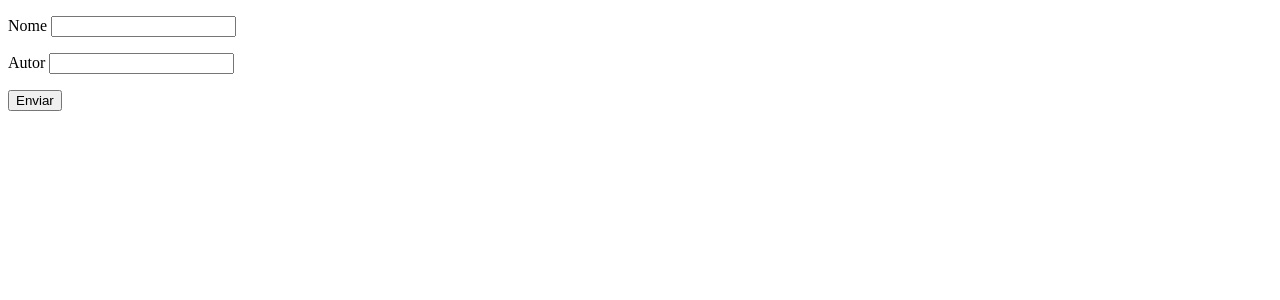
Repository: LucasMontalvao/PHPDACS2020
Page: projeto/formulario.html
The author's editor kept a record of every edit. The page is drawn from the files as they stood at one moment, then again after the next edit.
The browser window is 1280 px wide. The pictures show the whole page.

Above is the page before.

After the next edit:
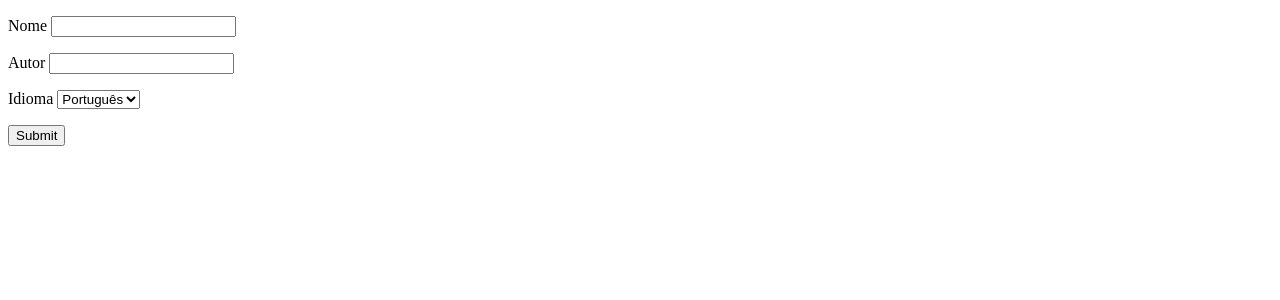
The edit:
--- a/projeto/formulario.html
+++ b/projeto/formulario.html
@@ -2,19 +2,27 @@
 <html>
     <head>
         <title>Página de livros</title>
+        <meta charset="UTF-8">
     </head>
     <body>
-        <form>
+        <form method="POST" action="livro.php">
             <p>
-                <label for="">Nome</label>
-                <input type="text" name="nome"/>
+                <label for="txtnome">Nome</label>
+                <input type="text" id="txtnome" name="nome"/>
             </p>
             <p>
-                <label for="">Autor</label>
-                <input type="text" name="autor"/>
+                <label for="txtautor">Autor</label>
+                <input type="text" id="txtautor" name="autor"/>
             </p>
             <p>
-                <input type="submit" name="" value="Enviar"/>
+                <label for="txtidioma">Idioma</label>
+                <select name="idioma" id="txtidioma">
+                    <option>Português</option>
+                    <option>Inglês</option>
+                </select>
+            </p>
+            <p>
+                <input type="submit" name="Enviar"/>
             </p>
         </form>
     </body>
